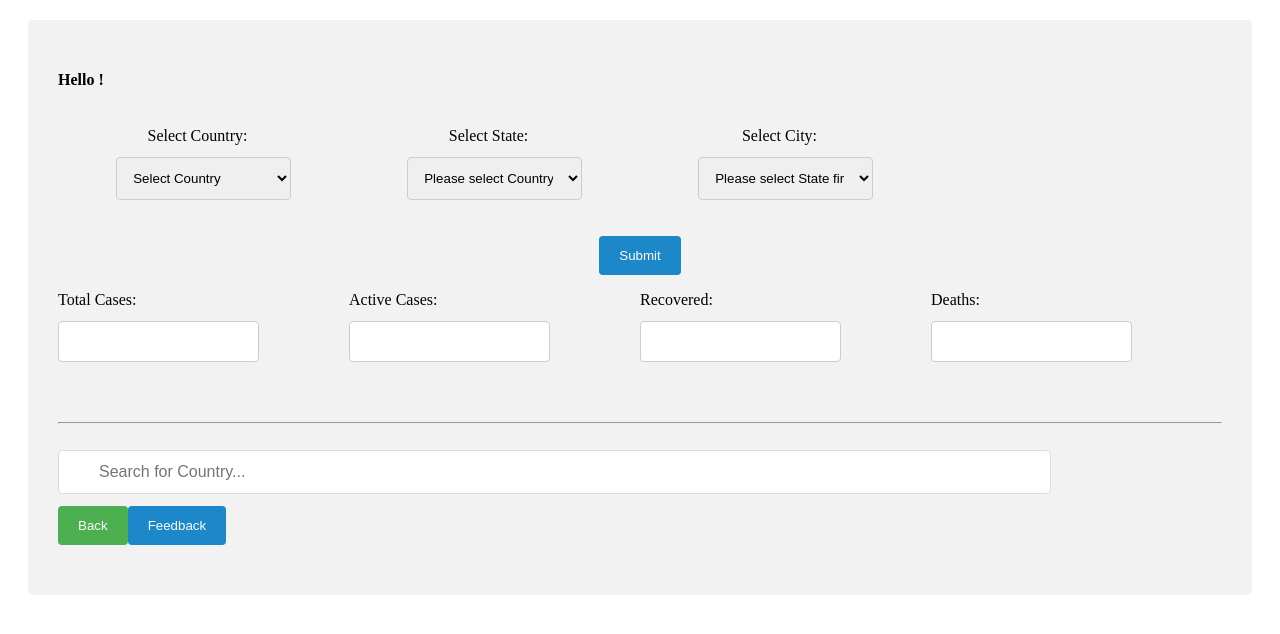
Repository: TruptiMane23/SCSCovid19RegionalInfo
Page: http://localhost/SCSCovid19/WEB-INF/view/covid_details.jsp
These files come from the project's save history. The page is drawn as it stood at one moment and after the next save; the edit follows.
The browser window is 1280 px wide. The pictures show the whole page.
The page is served by Tomcat 9. Nobody is signed in. Other server files are loaded and not shown. The template is opened directly, without the code that normally fills it, so the values that code supplies are empty.

Above is the page before, as saved 2020-07-03 21:00:14.
Console error: SyntaxError: Unexpected token ';'

### SCSCovid19/src/main/webapp/WEB-INF/view/covid_details.jsp
<%@page import="com.example.scs.controller.CovidController"%>

<%@ page language="java" contentType="text/html; charset=ISO-8859-1"
	pageEncoding="ISO-8859-1"%>
<!DOCTYPE html>
<html>
<head>
<meta charset="ISO-8859-1">
<title>Covid Dashboard</title>

				<style type="text/css">
						 input[type=text], select, textarea {
							width: 60%;
							padding: 12px;
							border: 1px solid #ccc;
							border-radius: 4px;
							resize: vertical;
						}

						label {
							padding: 12px 12px 12px 0;
							display: inline-block;
						}

						input[type=submit] {

							background-color: #1c87c9;
							color: white;
							padding: 12px 20px;
							border: none;
							border-radius: 4px;
							cursor: pointer;
							/* float: right; */
						}

						input[type=submit]:hover {
							background-color: #45a049;
						}

						.container {
							border-radius: 5px;
							background-color: #f2f2f2;
							padding: 30px;
							margin: 20px
						}

						.col-25 {
							float: left;
							width: 25%;
							margin-top: 4px;
						}

						.col-75 {
							float: left;
							width: 75%;
							margin-top: 4px;
						}

						.row:after {
							content: "";
							display: table;
							clear: both;
						}

						@media screen and (max-width: 600px) {
							.col-25, .col-75, input[type=submit] {
								width: 80%;
								margin-top: 0;
							}
						}

						/* .signup {
							background: rgb(0, 196, 65);
							color: #fff;
							font-weight: bold;
							cursor: pointer;
							transition: background 0.23s;
							float: left;
							padding: 8px;
							text-align: center;
							border: none;
							border-radius: 3px;
							font-size: 1em;
						}

						.feedback-btn:hover {
							background: rgb(0, 180, 50);
						} */

						 #---------------------Table style----------------------------------------------

						#covidDetailsTbl {
						  font-family: "Trebuchet MS", Arial, Helvetica, sans-serif;
						  border-collapse: collapse;
						  width: 100%;

						}

						#covidDetailsTbl td, #covidDetailsTbl th {
						  border: 1px solid #ddd;
						  padding: 8px;
						}

						#covidDetailsTbl tr:nth-child(even){background-color: #f2f2f2;}

						#covidDetailsTbl tr:hover {background-color: #ddd;}

						#covidDetailsTbl th {
						  padding-top: 12px;
						  padding-bottom: 12px;
						  text-align: left;
						  background-color: #1c87c9;
						  color: white;
						}

						#myInput {
						  background-position: 10px 10px;
						  background-repeat: no-repeat;
						  width: 80%;
						  font-size: 16px;
						  padding: 12px 20px 12px 40px;
						  border: 1px solid #ddd;
						  margin-bottom: 12px;
						}

						#---------------------------------------Blinking effect
						blink, .blink {
						  -webkit-animation: blink 1s step-end infinite;
						     -moz-animation: blink 1s step-end infinite;
						       -o-animation: blink 1s step-end infinite;
						          animation: blink 1s step-end infinite;
						}

						@-webkit-keyframes blink {
						  67% { opacity: 0 }
						}

						@-moz-keyframes blink {
						  67% { opacity: 0 }
						}

						@-o-keyframes blink {
						  67% { opacity: 0 }
						}

						@keyframes blink {
						  67% { opacity: 0 }
						}

						#---------------------------------------Feedback button

						.feedbackBtn {
						background: rgb(0, 196, 65);
						color: #fff;
						font-weight: bold;
						cursor: pointer;
						transition: background 0.23s;
						float: right;
						padding: 8px;
						text-align: center;
						border: none;
						border-radius: 3px;
						font-size: 1em;
					}

					.signup:hover {
						background: rgb(0, 180, 50);
					}

					.searchCountry {
						width: 40%;
						padding: 12px;
						border: 1px solid #ccc;
						border-radius: 4px;
						resize: vertical;
					}

					.back-home-btn {
						background-color: #4CAF50;
						color: white;
						padding: 12px 20px;
						border: none;
						border-radius: 4px;
						cursor: pointer;
						float: left;
						margin-bottom: 20px;
					}

</style>
<script>

	var countryDtls = ${allCountryDetails};
	console.log("countryDtls..." + countryDtls);

	var stateObject = ${stateObject};
	console.log("stateObject" + stateObject);


	var countryList = [ "India", "Germany"];
	window.onload = function() {

		var table = document.createElement("TABLE");
		table.border = "1";

		var columnCount = countryDtls[0].length;

		var row = table.insertRow(-1);
		for (var i = 0; i < columnCount; i++) {
			var headerCell = document.createElement("TH");
			if(i==0)
				headerCell.innerHTML = ["Country Id"];
			if(i==1)
				headerCell.innerHTML = ["Country Name"];
			if(i==2)
				headerCell.innerHTML = ["Total Cases"];
			if(i==3)
				headerCell.innerHTML = ["Active Cases"];
			if(i==4)
				headerCell.innerHTML = ["Recovered Cases"];
			if(i==5)
				headerCell.innerHTML = ["Death Cases"];
			if(i==6)
				headerCell.innerHTML = ["Daily New Cases"];
			if(i==7)
				headerCell.innerHTML = ["Daily Recovered Cases"];
			if(i==8)
				headerCell.innerHTML = ["Daily Death Cases"];

			row.appendChild(headerCell);
		}

		for (var i = 0; i < countryDtls.length; i++) {
			row = table.insertRow(-1);
			for (var j = 0; j < columnCount; j++) {
				var cell = row.insertCell(-1);
				if(j==1){
					cell.innerHTML = countryList[i];
				} else {
					cell.innerHTML = countryDtls[i][j];
				}
			}
		}

		var covidDetailsTbl = document.getElementById("covidDetailsTbl");
		covidDetailsTbl.innerHTML = "";
		covidDetailsTbl.appendChild(table);


		// DropDown selection - Country state city
		var countySel = document.getElementById("countySel"),
		stateSel = document.getElementById("stateSel"),
		citySel = document.getElementById("citySel");

		for ( var country in stateObject) {
			countySel.options[countySel.options.length] = new Option(country, country);
		}
		countySel.onchange = function() {
			stateSel.length = 1; // remove all options bar first
			citySel.length = 1; // remove all options bar first
			if (this.selectedIndex < 1)
				return; // done
			for ( var state in stateObject[this.value]) {
				stateSel.options[stateSel.options.length] = new Option(state,
						state);
			}
		}

		countySel.onchange(); // reset in case page is reloaded
		stateSel.onchange = function() {
			citySel.length = 1; // remove all options bar first
			if (this.selectedIndex < 1)
				return; // done
			var district = stateObject[countySel.value][this.value];
			for (var i = 0; i < district.length; i++) {
				citySel.options[citySel.options.length] = new Option(
						district[i], district[i]);
			}
		}
	}
</script>
</head>

<body>

	<div class="container">
		<h4>Hello ${firstName} !</h4>
		<p>${alertMsg}</p>

		<!-- <div class="row">
		<input type="submit" id="feedback" value="Feedback" onclick="feedback()">
			<button class="feedbackBtn" onclick="feedback()">Feedback</button>
		</div> -->


			<form name="myform" id="myForm" action="getRegionalCovidDetails">

				<div class="row" align="center">
					<div class="col-25">
						<label for="countryName">Select Country: </label> <br/>
						<select required name="countryName" id="countySel" size="1">
								<option value="" selected="selected">Select Country</option>
								</select>
					</div>
					<div class="col-25">
						<label for="stateName">Select State: </label> <br/>
						 	<select name="stateName" id="stateSel" size="1">
								<option value="" selected="selected">Please select Country first</option>
							   	</select>
					</div>
					<div class="col-25">
					<label for="cityName">Select City: </label> <br/>
						<select name="cityName" id="citySel" size="1">
								<option value="" selected="selected">Please select State first</option>
								</select>
					</div>

					<!-- <div class="col-25">
						<input type="submit" id="submit" value="Submit">
					</div> -->
				</div><br /><br />

				<div class="row" align="center">
					<div align="center">
						<input type="submit" id="submit" value="Submit">
					</div>
				</div>
			</form>




			<div class="row">
				<div class="col-25">
					<label for="TotalCases">Total Cases:</label> <br/>
					<input type="text" id="TotalCases" name="TotalCases" value="${TotalCases}" readonly="readonly">
				</div>
				<div class="col-25">
					<label for="ActiveCases">Active Cases:</label> <br/>
					<input type="text" id="ActiveCases" name="ActiveCases" value="${ActiveCases}" readonly="readonly">
				</div>
				<div class="col-25">
					<label for="Recovered">Recovered:</label> <br/>
					<input type="text" id="Recovered" name="Recovered" value="${Recovered}" readonly="readonly">
				</div>
				<div class="col-25">
					<label for="Deaths">Deaths:</label> <br/>
					<input type="text" id="Deaths" name="Deaths" value="${Death}" readonly="readonly">
				</div>
			</div><br />

			<%-- <p class="blink" id="zoneId"  style="color:${Zone};">Government has declared it as ${Zone} Zone</p>--%>
			<p class="blink" id="zoneId"  style="color:${Zone};">${ZoneInfo}</p>

			<br />
			<hr />
			<br />
			<input type="text" id="myInput" onkeyup="myFunction()" placeholder="Search for Country..." title="Type in a name" width="50px">

			<div id="covidDetailsTbl" class = "table table-fluid" align="center" width = 100%></div>


			<div class="row">
				<input type="submit" id="feedback" value="Feedback" onclick="feedback()">
				<button class="back-home-btn" onclick="toHomePage()">Back</button>
			</div>
	</div>

	<script type="text/javascript">

	 function toHomePage()
     {
         location.href="home";
     }

	function myFunction() {
		  var input, filter, table, tr, td, i, txtValue;
		  input = document.getElementById("myInput");
		  filter = input.value.toUpperCase();
		  table = document.getElementById("covidDetailsTbl");
		  tr = table.getElementsByTagName("tr");
		  for (i = 0; i < tr.length; i++) {
		    td = tr[i].getElementsByTagName("td")[1];
		    if (td) {
		      txtValue = td.textContent || td.innerText;
		      if (txtValue.toUpperCase().indexOf(filter) > -1) {
		        tr[i].style.display = "";
		      } else {
		        tr[i].style.display = "none";
		      }
		    }
		  }
		}

	function feedback() {
		location.href = 'giveFeedback';
	}

	</script>
</body>
</html>

After the next save:
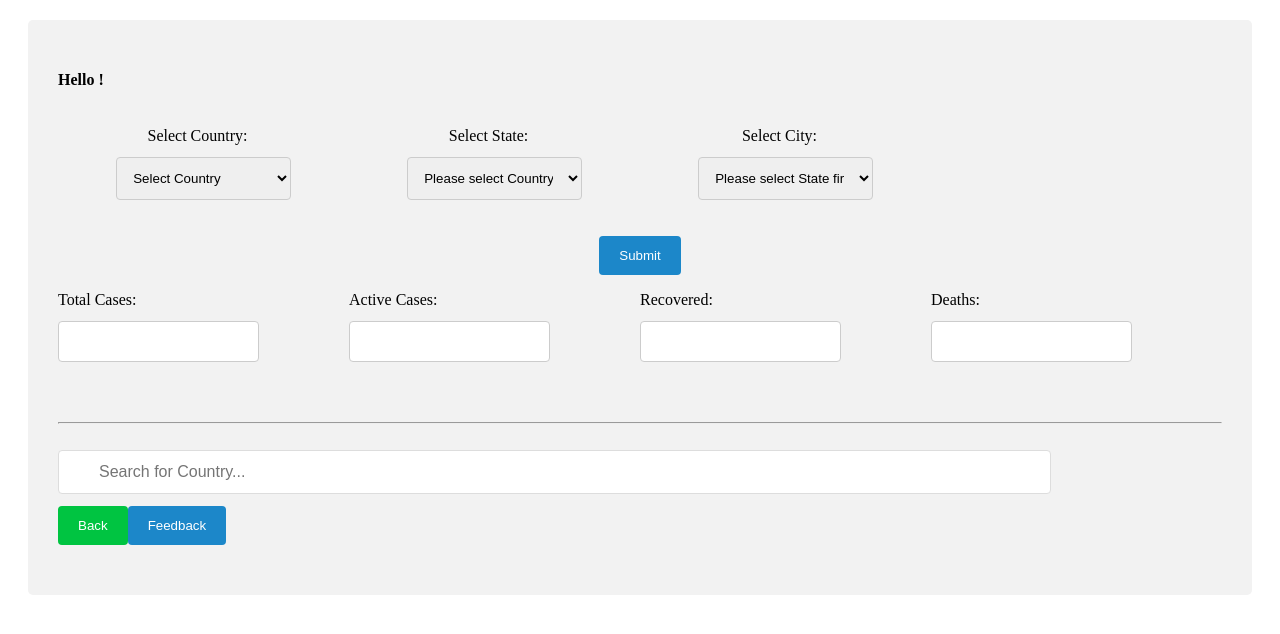
Saved 17 s later.
--- a/SCSCovid19/src/main/webapp/WEB-INF/view/covid_details.jsp
+++ b/SCSCovid19/src/main/webapp/WEB-INF/view/covid_details.jsp
@@ -176,7 +176,7 @@
 					}
 
 					.back-home-btn {
-						background-color: #4CAF50;
+						background: rgb(0, 196, 65);
 						color: white;
 						padding: 12px 20px;
 						border: none;
